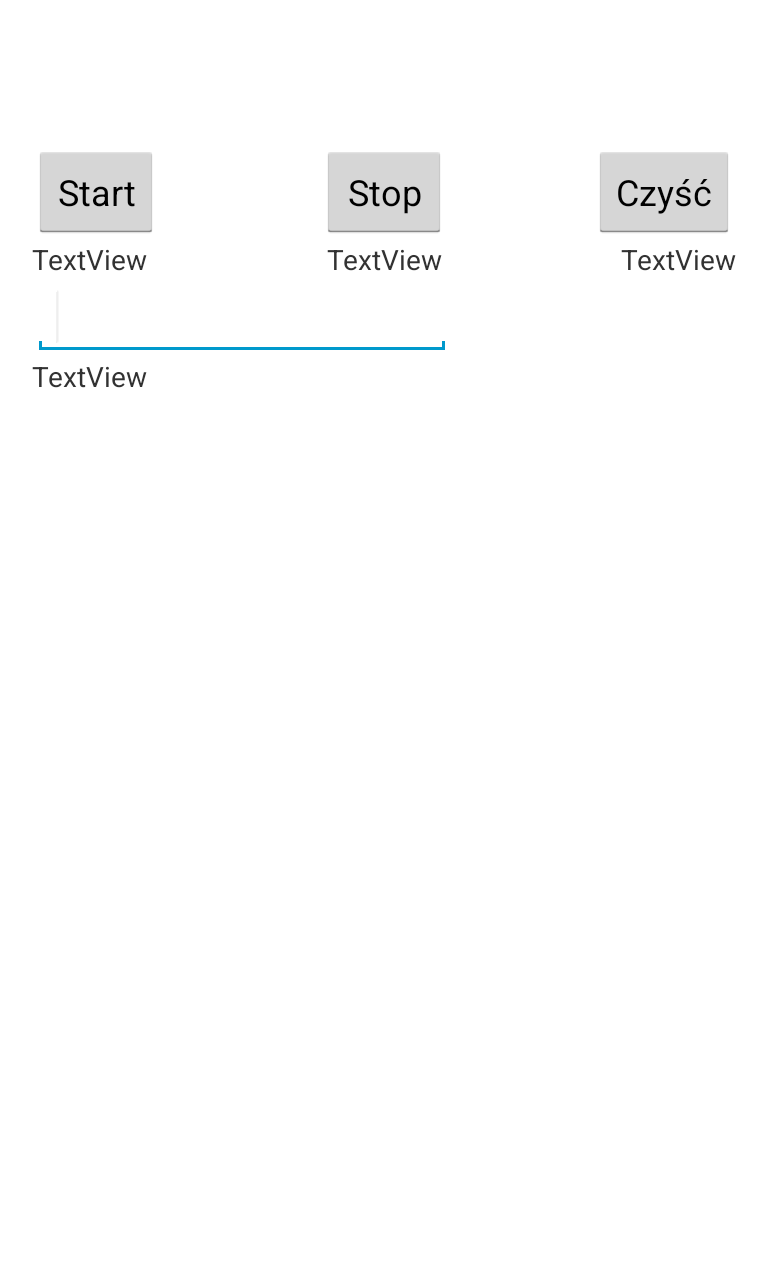
Repository: lukaszgor/mobilki
Layout: LAB6/Cw6/res/layout/activity_main.xml
The author's editor kept a copy of each file at every save. The layout is drawn from the files as they stood at one save, then again after the next save.
It is drawn on a 768 x 1280 px phone screen (xhdpi) without system bars, with theme AppTheme; the app's code is not run.

Above is the layout before, as saved 2020-05-26 18:14:36.

### LAB6/Cw6/res/layout/activity_main.xml
<RelativeLayout xmlns:android="http://schemas.android.com/apk/res/android"
    xmlns:tools="http://schemas.android.com/tools"
    android:layout_width="match_parent"
    android:layout_height="match_parent"
    android:paddingBottom="@dimen/activity_vertical_margin"
    android:paddingLeft="@dimen/activity_horizontal_margin"
    android:paddingRight="@dimen/activity_horizontal_margin"
    android:paddingTop="@dimen/activity_vertical_margin"
    tools:context="com.example.cw6.MainActivity" >

    <GridLayout
        android:id="@+id/gridLayout1"
        android:layout_width="match_parent"
        android:layout_height="wrap_content"
        android:layout_alignParentLeft="true"
        android:layout_alignParentTop="true"
        android:layout_marginTop="56dp"
        android:columnCount="1" >

        <LinearLayout
            android:layout_column="0"
            android:layout_gravity="left|top"
            android:layout_row="4"
            android:orientation="vertical" >
        </LinearLayout>

        <TextView
            android:id="@+id/textView1"
            android:layout_column="0"
            android:layout_gravity="left|center_vertical"
            android:layout_row="1"
            android:text="TextView" />

        <Button
            android:id="@+id/button1"
            android:layout_width="wrap_content"
            android:layout_height="wrap_content"
            android:layout_column="0"
            android:layout_gravity="left|top"
            android:layout_row="0"
            android:text="Start" />

        <Button
            android:id="@+id/button2"
            android:layout_column="0"
            android:layout_gravity="center_horizontal|top"
            android:layout_row="0"
            android:text="Stop" />

        <Button
            android:id="@+id/button3"
            android:layout_column="0"
            android:layout_gravity="right|top"
            android:layout_row="0"
            android:text="Czyść" />

        <EditText
            android:id="@+id/editText1"
            android:layout_column="0"
            android:layout_gravity="left|top"
            android:layout_row="2"
            android:ems="10"
            android:inputType="time" >

            <requestFocus />
        </EditText>

        <TextView
            android:id="@+id/textView2"
            android:layout_column="0"
            android:layout_gravity="center_horizontal|top"
            android:layout_row="1"
            android:text="TextView" />

        <TextView
            android:id="@+id/textView3"
            android:layout_column="0"
            android:layout_gravity="right|top"
            android:layout_row="1"
            android:text="TextView" />

        <TextView
            android:id="@+id/textView4"
            android:layout_column="0"
            android:layout_gravity="left|top"
            android:layout_row="4"
            android:text="TextView" />

    </GridLayout>

</RelativeLayout>

Loaded but not shown: LAB6/Cw6/res/values/styles.xml (common file); LAB6/Cw6/res/values-v11/styles.xml (common file); LAB6/Cw6/res/values-v14/styles.xml (common file); LAB6/Cw6/res/values/dimens.xml (common file); LAB6/Cw6/res/values-w820dp/dimens.xml (common file)

After the next save:
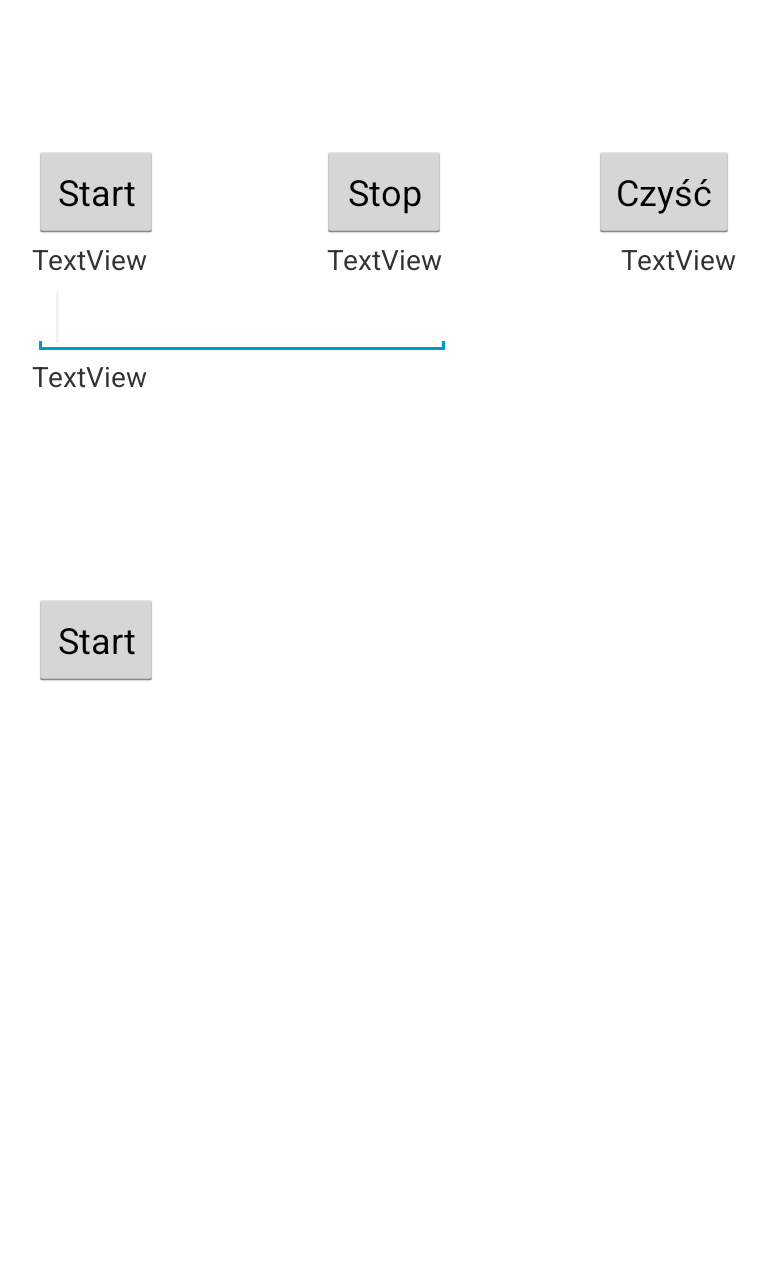
Saved 22 h 12 min later.
--- a/LAB6/Cw6/res/layout/activity_main.xml
+++ b/LAB6/Cw6/res/layout/activity_main.xml
@@ -88,4 +88,12 @@
 
     </GridLayout>
 
+    <Button
+        android:id="@+id/button4"
+        android:layout_width="wrap_content"
+        android:layout_height="wrap_content"
+        android:layout_alignLeft="@+id/gridLayout1"
+        android:layout_centerVertical="true"
+        android:text="Start" />
+
 </RelativeLayout>
